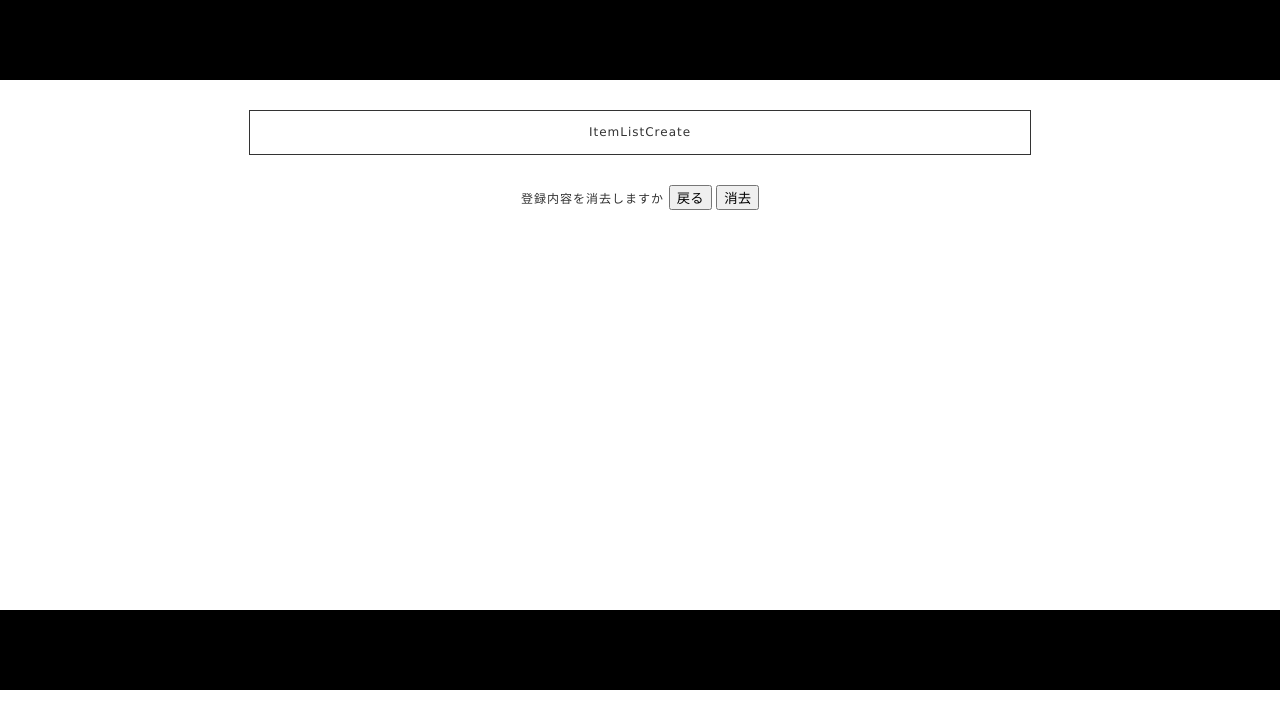
Repository: koyaman11/test
Page: http://localhost/Ecsite/ItemListDeleteConfirm.jsp
These files come from the project's save history. The page is drawn as it stood at one moment and after the next save; the edit follows.
The browser window is 1280 px wide. The pictures show the whole page.
The page is served by Tomcat 9. Nobody is signed in. The application's start-up code is not run.

Above is the page before, as saved 2018-10-30 08:48:58.

After the next save:
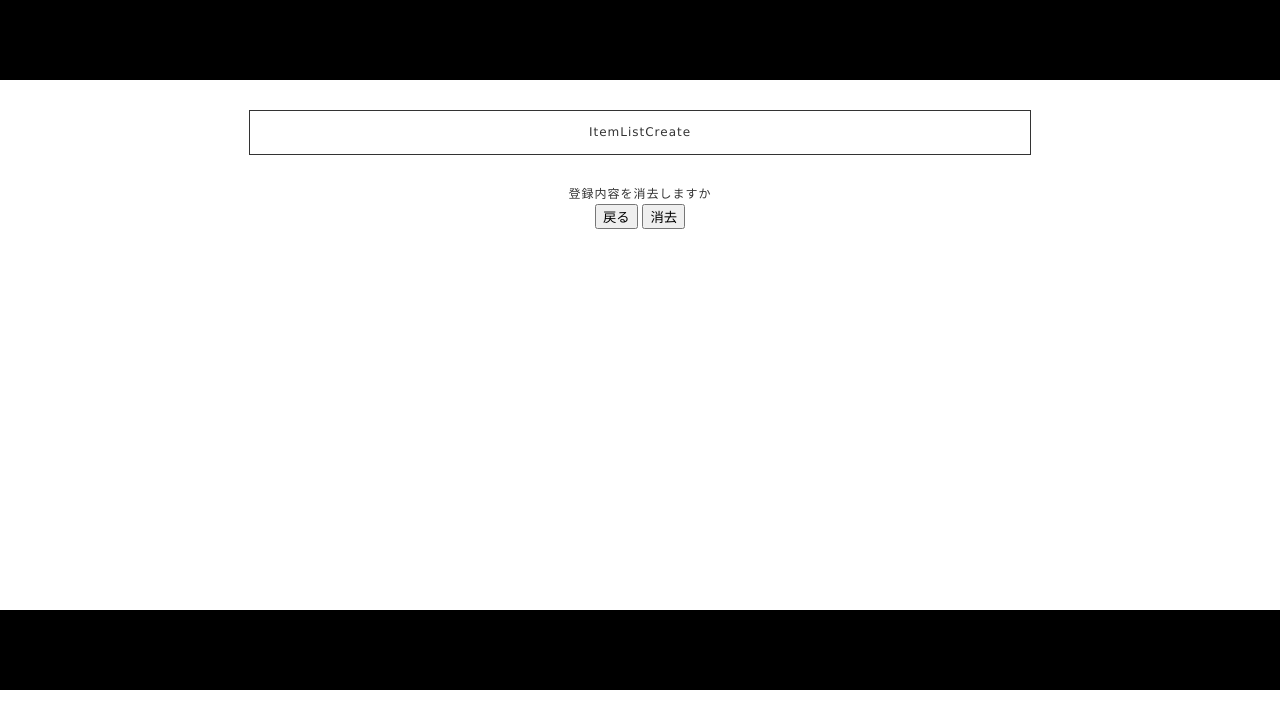
Saved 16 h 31 min later.
--- a/Ecsite/WebContent/ItemListDeleteConfirm.jsp
+++ b/Ecsite/WebContent/ItemListDeleteConfirm.jsp
@@ -81,7 +81,7 @@
 
 <form>
 <tr>
-<td>登録内容を消去しますか</td>
+<td>登録内容を消去しますか<br></td>
 <td><input type="button" value="戻る" onclick="submitAction('ItemListAction')"/></td>
 <td><input type="button" value="消去" onclick="submitAction('ItemListCreateAction')"/></td>
 </tr>
